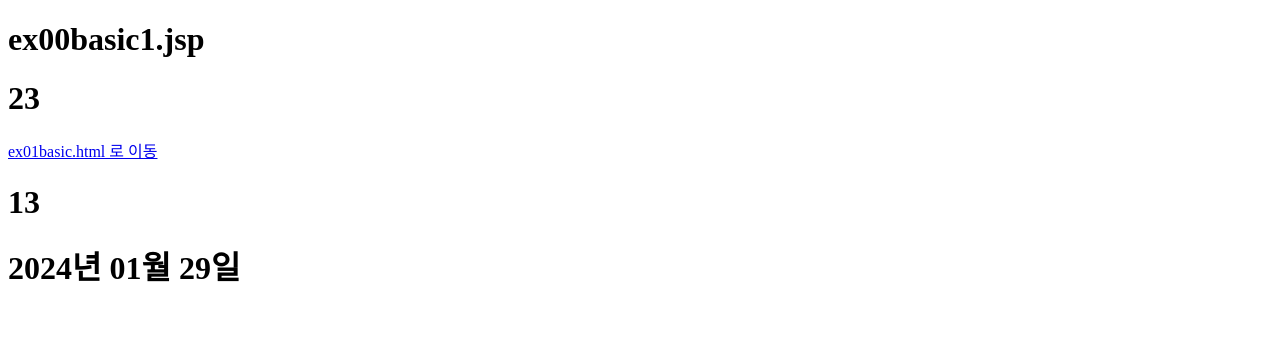
Repository: wonusuh/WonuSuhJspWorkspace
Page: http://localhost/basicJSP/ex00basic1.jsp
The author's editor kept a copy of each file at every save. The page is drawn from the files as they stood at one save, then again after the next save.
The browser window is 1280 px wide. The pictures show the whole page.
The page is served by Tomcat 9.

Above is the page before, as saved 2024-01-29 08:23:53.

After the next save:
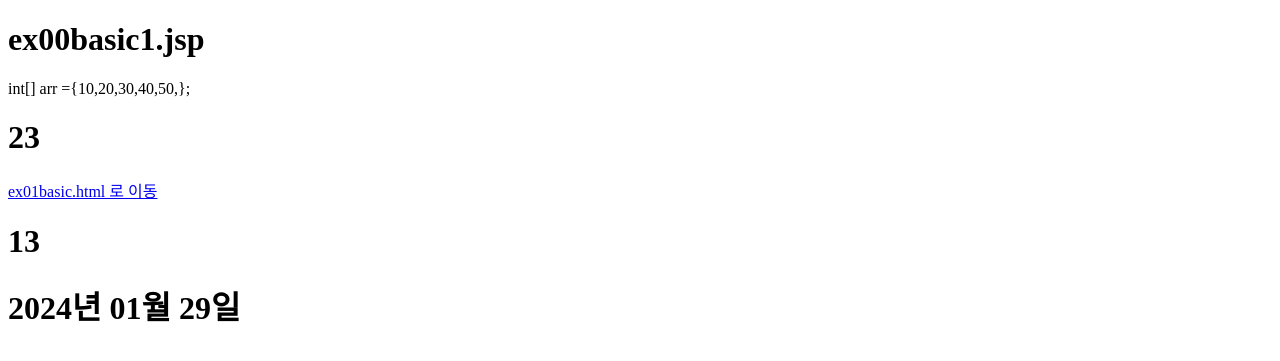
Saved 9 min 54 s later.
--- a/basicJSP/src/main/webapp/ex00basic1.jsp
+++ b/basicJSP/src/main/webapp/ex00basic1.jsp
@@ -13,6 +13,7 @@
 	<%
 	int num = 3 + 10;
 	%>
+	int[] arr ={10,20,30,40,50,};
 	<h1><%=num + 10%></h1>
 	<a href="./ex01basic.html">ex01basic.html 로 이동</a>
 	<%
